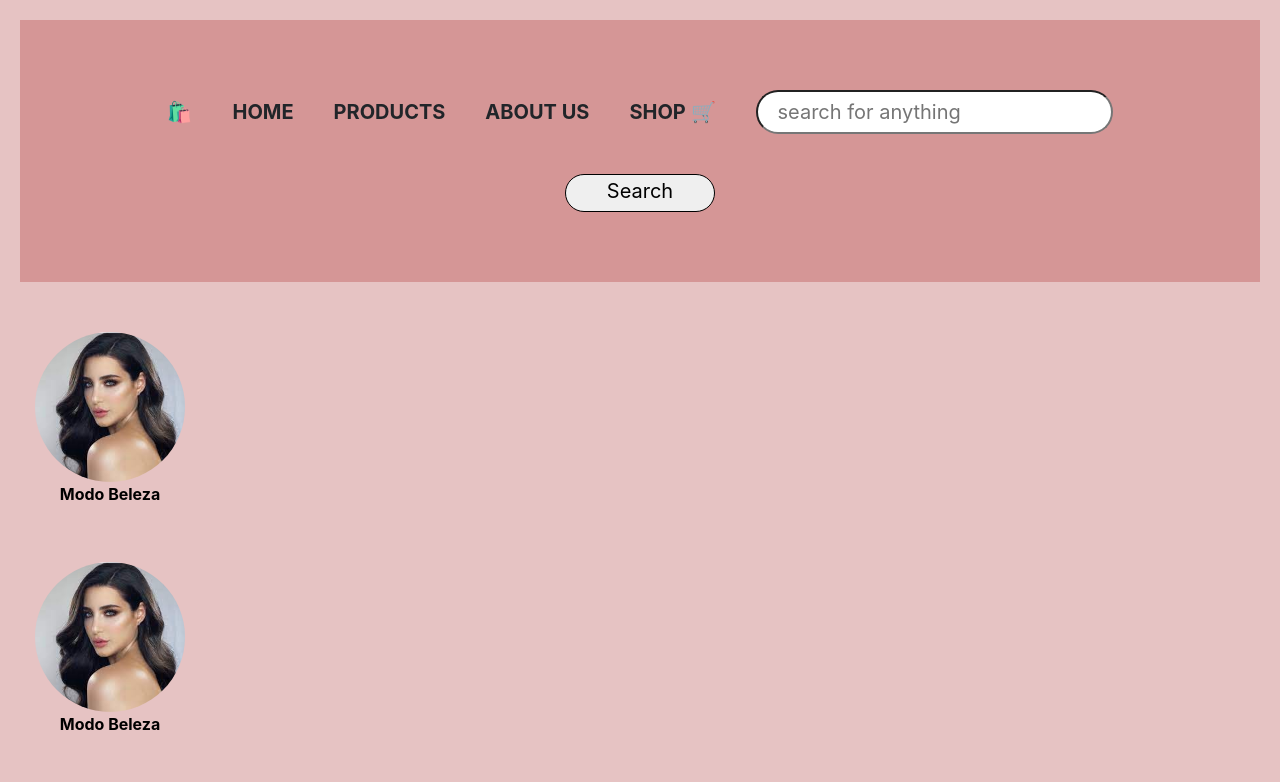
Repository: thf4/Project-Shop
Page: /
An editor plug-in stored every save of this project. The page is shown before and after the next save, followed by the edit.
The browser window is 1280 px wide. The pictures show the whole page.
The project was rebuilt for these pictures with package versions that can differ from the ones it lists, and the page was loaded fresh each time.

Above is the page before, as saved 2021-04-22 14:28:06.

### src/index.js
import React from 'react';
import ReactDOM from 'react-dom';
import 'bootstrap/dist/css/bootstrap.min.css';
import App from './App'
import Exemplo from './Exemplo'

ReactDOM.render(
  <React.StrictMode>
   <App />
   <Exemplo />
  </React.StrictMode>,
  document.getElementById('root')
);

### src/App.js
/* eslint-disable jsx-a11y/anchor-is-valid */
import "./App.css";

function App() {
  return (
    <div className="App">
      <header className="App-header">
        <ul id="Lista">
          <li>🛍</li>
          <li> HOME </li>
          <li> PRODUCTS </li>
          <li> ABOUT US</li>
          <li> SHOP 🛒</li>
          <li>
            <input
              type="text"
              id="area-find"
              placeholder="search for anything"
            />
          </li>
          <li>
            <button id="button" for="input">
              Search
            </button>
          </li>
        </ul>

      </header>
    </div>
  );
}

export default App;

### src/Exemplo.js
/* eslint-disable jsx-a11y/anchor-is-valid */
import "./Exemplo.css";

function Exemplo(props) {

  return(
    <section  className="navs">

    <NovaFoto />
    <NovaFoto />
    </section>
  )
}

function NovaFoto() {
  return (
    <div className="foto-banner">
      <figure >
        <a href="#">
          <picture className="figura">
            <img
              className="foto"
              alt="Beleza"
              src="data:[embedded picture, 8015 characters]"
            />
          </picture>
          <figcaption>
            <a href="#" className="link">
              Modo Beleza
            </a>
          </figcaption>
        </a>
      </figure>
    </div>
  );
}

export default Exemplo;

### src/App.css
.App{
  width: 100%;
  height: auto;
  padding: 20px;
}
body{
  background:#a0171741;
}


#Lista{
  list-style-type: none;
  margin: 0;

  font-weight: bold;
  text-align: center;
  padding: 50px 50px;
}
li{
 display: inline-block;
 font-size: 20px;
 padding: 20px;

}
li:hover{
  color: rgb(209, 9, 59);
}
#button{
  border-radius: 30px;
  border-style: groove;
  border-width: 1px;
  height: 35px;
  width: 150px;
  padding-bottom:35px;
}

#area-find{
  padding:20px;
  border-radius: 50px;
  height: 40px;
  width: 100%;
}
#button:hover{
  border-style: hidden;
}
.App-header{

  background-color: #a0171741;
}

### src/Exemplo.css
.foto-banner{
width:180px;
padding: 10px;
border-radius: 20px;
margin: 20px;
text-align: center;


}
.foto{
  width: 150px;
  border-radius: 120px;
  border-style: hidden  ;

}
.link{
  font-weight: bold;
  color: black;
}
.foto-banner:hover{

border: solid 1px black;


}
@media screen and (max-width: 768px) {
.navs{
  grid-template-columns: (1,2);
}


}

Loaded but not shown: public/index.html (common file)

After the next save:
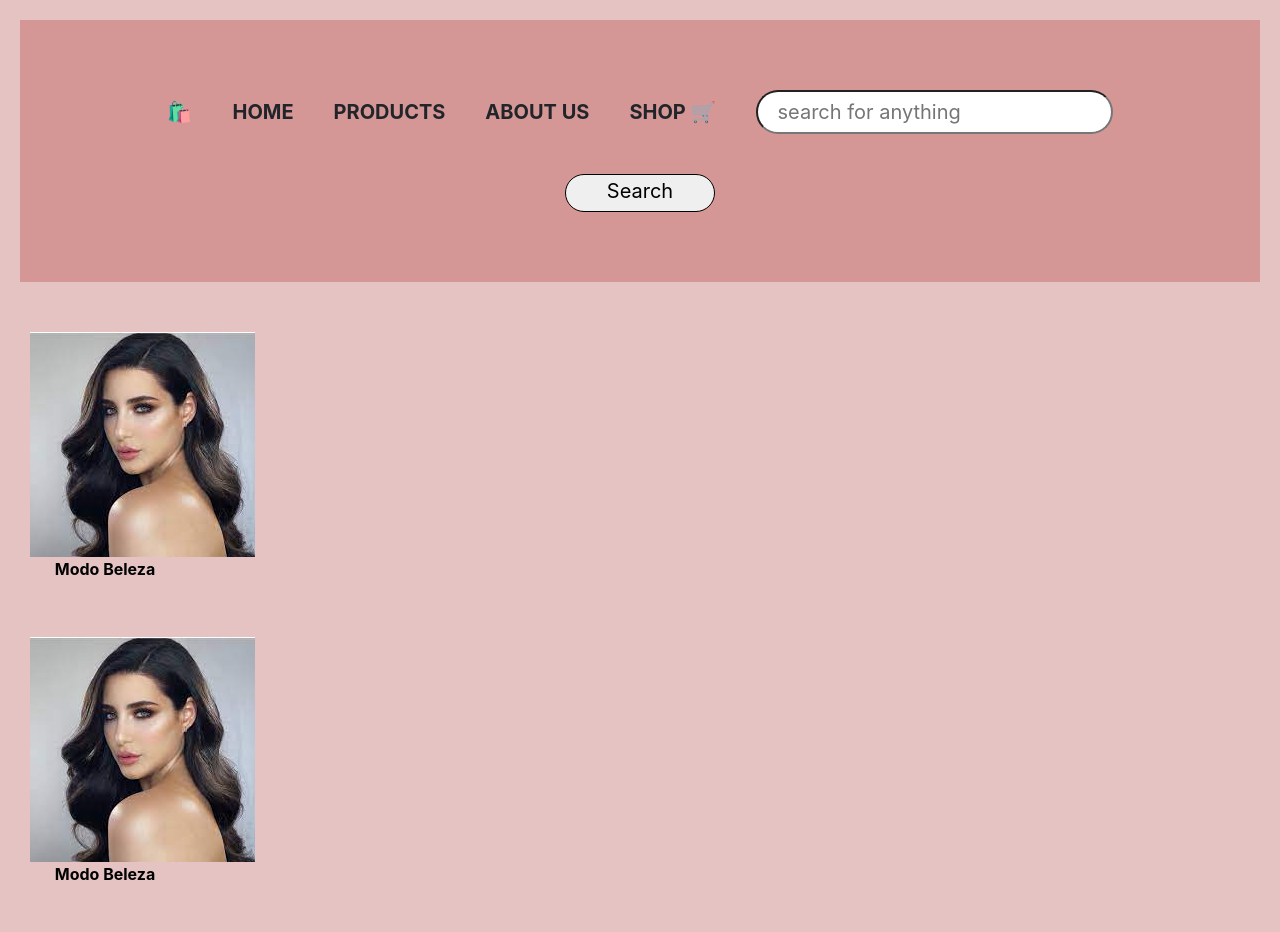
Saved 42 s later.
--- a/src/Exemplo.js
+++ b/src/Exemplo.js
@@ -15,11 +15,11 @@
 function NovaFoto() {
   return (
     <div className="foto-banner">
-      <figure >
+      <figure className="foto">
         <a href="#">
-          <picture className="figura">
+          <picture>
             <img
-              className="foto"
+
               alt="Beleza"
               src="data:[embedded picture, 8015 characters]"
             />

After the save that followed:
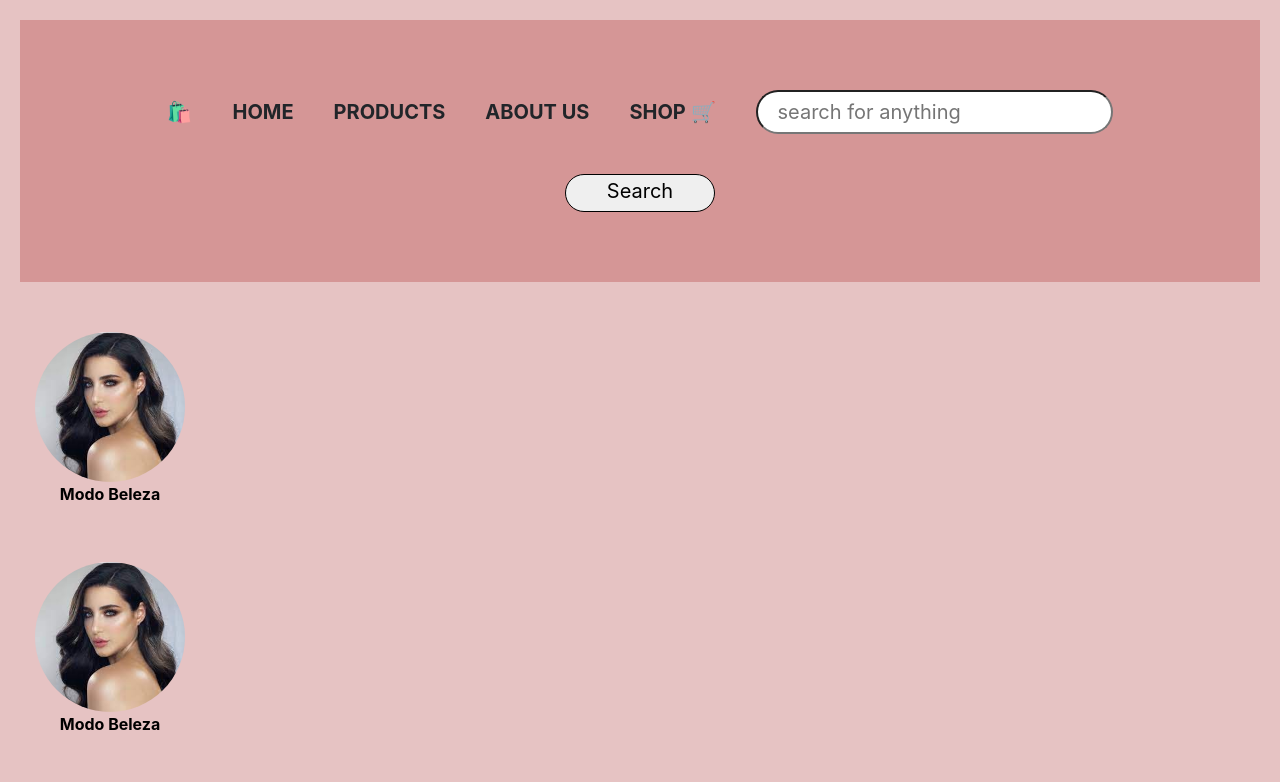
Saved 10 s later.
--- a/src/Exemplo.js
+++ b/src/Exemplo.js
@@ -15,11 +15,11 @@
 function NovaFoto() {
   return (
     <div className="foto-banner">
-      <figure className="foto">
+      <figure >
         <a href="#">
           <picture>
             <img
-
+              className="foto"
               alt="Beleza"
               src="data:[embedded picture, 8015 characters]"
             />
